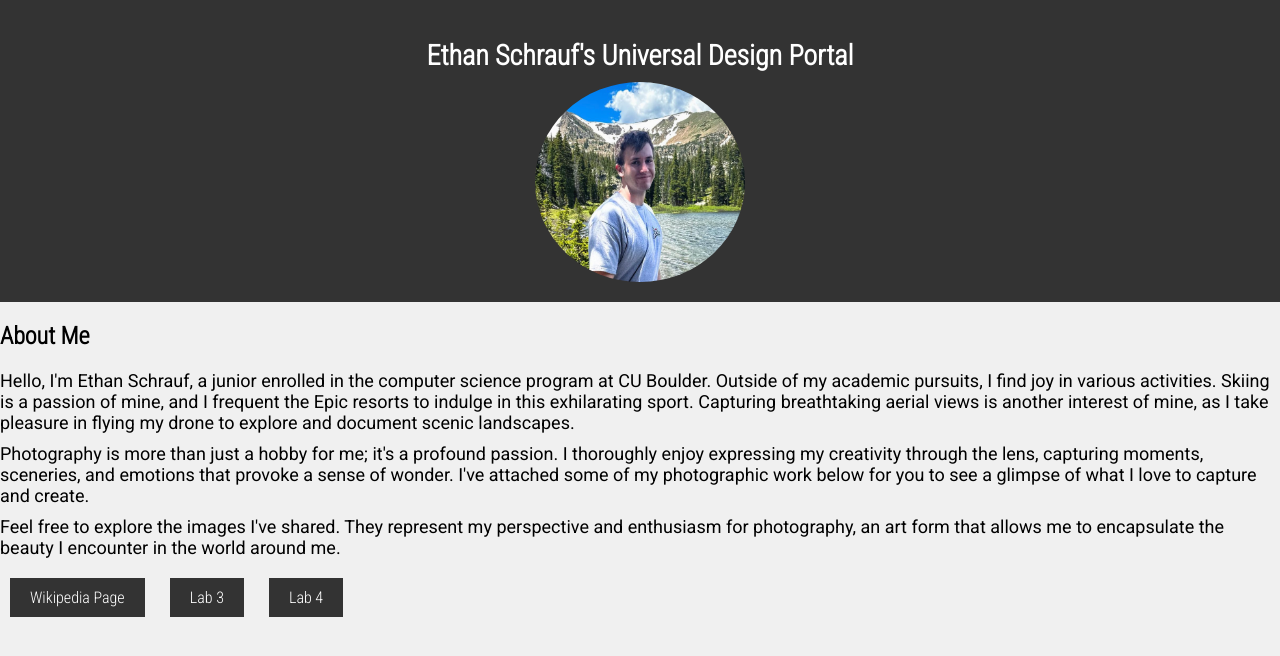
Repository: ethan-schrauf/UniversalDesignWebsite
Page: index.html
These files come from the project's save history. The page is drawn as it stood at one moment and after the next save; the edit follows.
The browser window is 1280 px wide. The pictures show the whole page.

Above is the page before, as saved 2023-10-30 22:20:42.

After the next save:
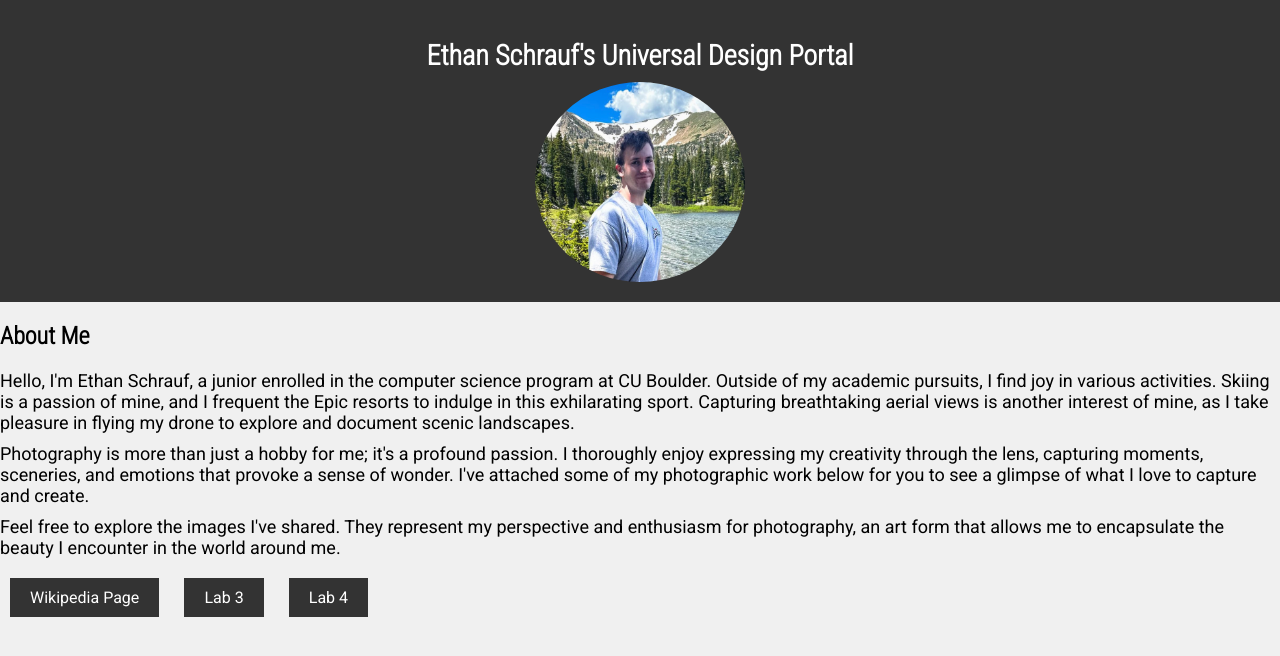
Saved 12 s later.
--- a/index.css
+++ b/index.css
@@ -63,12 +63,12 @@ button {
     cursor: pointer;
 }
 
-p {
+p,
+button {
     font-family: 'Roboto', sans-serif;
 }
 
 h2,
-h1,
-button {
+h1 {
     font-family: 'Roboto Condensed', sans-serif;
 }
